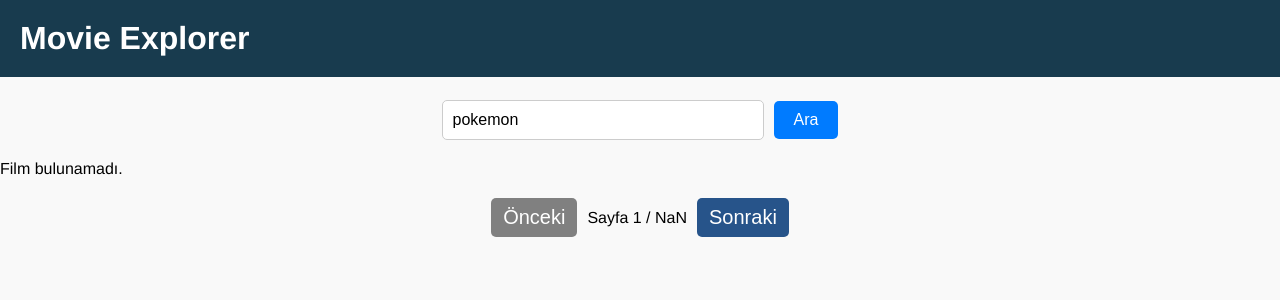
Repository: denizdizi/movie-explorer
Page: /
An editor plug-in stored every save of this project. The page is shown before and after the next save, followed by the edit.
The browser window is 1280 px wide. The pictures show the whole page.
The page's requests for data from a server got no answer. The project was rebuilt for these pictures with package versions that can differ from the ones it lists, and the page was loaded fresh each time. No one was signed in, and anything a server would have sent is missing. Also part of the build but not shown: src/App.css, src/components/MovieCard.js.

Above is the page before, as saved 2025-03-28 22:04:08.

### src/index.js
import React from 'react';
import ReactDOM from 'react-dom/client';
import './index.css';
import App from './App';
import reportWebVitals from './reportWebVitals';
import { Provider } from 'react-redux';
import store from "./store/store";

const root = ReactDOM.createRoot(document.getElementById('root'));
root.render(
  <Provider store={store}>
    <App />
  </Provider>
);

// If you want to start measuring performance in your app, pass a function
// to log results (for example: reportWebVitals(console.log))
// or send to an analytics endpoint. Learn more: https://bit.ly/CRA-vitals
reportWebVitals();

### src/App.js
import './App.css';
import React from "react";
import { BrowserRouter as Router, Routes, Route } from "react-router-dom";
import Home from "./pages/Home";
import "./styles/global.scss";

function App() {
  return (
    <Router>
      <Routes>
        <Route path="/" element={<Home />} />
        {/* <Route path="/movie/:id" element={<MovieDetails />} /> */}
      </Routes>
    </Router>
  );
}

export default App;

### src/store/store.js
import { createStore, applyMiddleware, combineReducers } from "redux";
import { thunk } from "redux-thunk";
import movieReducer from "./reducers";

const rootReducer = combineReducers({
  movies: movieReducer,
});

const store = createStore(rootReducer, applyMiddleware(thunk));

export default store;

### src/pages/Home.js
import React, { useEffect, useState } from "react";
import { useDispatch, useSelector } from "react-redux";
import { fetchMovies } from "../store/actions";
import { setPage } from "../store/actions";
import MovieList from "../components/MovieList";
import SearchBar from "../components/SearchBar";
import Pagination from "../components/Pagination";
import { TailSpin } from 'react-loader-spinner';

const Home = () => {
  const dispatch = useDispatch();
  const { movies } = useSelector((state) => state);

  useEffect(() => {
    console.log("Current page changed:", movies.currentPage);
    dispatch(fetchMovies("pokemon", movies.currentPage));
  }, [dispatch, movies.currentPage]);

  const handlePageChange = (newPage) => {
    dispatch(setPage(newPage));
  };

  return (
    <div>
      <h1 className="page-title">Movie Explorer</h1>
      <SearchBar/>
      {movies.loading && (
        <div className="loading-overlay">
          {/* TailSpin spinner'ını burada gösteriyoruz */}
          <TailSpin
            height="100"
            width="100"
            color="#00BFFF"
            ariaLabel='loading'
          />
        </div>
      )}
      {movies.error && <p>Hata: {movies.error}</p>}
      <MovieList movies={movies} />
      <Pagination
        currentPage={movies.currentPage}
        totalResults={movies.totalResults}
        onPageChange={handlePageChange}
      />
    </div>
  );
};

export default Home;

### src/styles/global.scss
body {
    padding-top: 80px;
    font-family: 'Franklin Gothic Medium', 'Arial Narrow', Arial, sans-serif;
    background-color: #f9f9f9;
}

.movie-list {
    justify-content: center;
}

.movie-line {
  display: flex;
  align-items: center;
  margin-bottom: 2em;
  background-color: #f9f9f9;
  gap: 2em;
  justify-content: center;
}

.movie-card {
  width: 200px; /* Kartın genişliği */
  height: 300px; /* Kartın yüksekliği */
  border-radius: 10px; /* Köşeleri yuvarlat */
  box-shadow: 0 4px 8px rgba(0, 0, 0, 0.2); /* Gölgelendirme */
  overflow: hidden; /* İçerik taşmasını engelle */
  background-color: #fff; /* Arka plan beyaz */
  display: flex;
  flex-direction: column; /* İçeriği dikey yerleştir */
  align-items: center;
  justify-content: flex-start; /* Başlık ve içerikler üst kısımda yer alsın */
  padding: 10px;
  border: 1px solid #ddd; /* Çerçeve */
}

.img-container {
  width: 100%; /* Konteynerin genişliği */
  height: 60%; /* Resmin yüksekliği */
  overflow: hidden;
  padding: 0; /* Paddingi sıfırlayın */
  display: flex;
  justify-content: center;
  align-items: center; /* Resmin ortalanması için */
  border-radius: 5px;
}

.img-container img {
  width: 100%;
  height: 100%;
  object-fit: cover; /* Resmi konteynere tam sığdır */
  object-position: center;
}

.movie-card h3 {
  margin-top: 10px;
  font-size: 16px;
  text-align: center;
}

@media (max-width: 700px) {
  .movie-line {
    flex-direction: column;
  }

  .img-container {
    height: 60%; /* Küçük ekranlarda img-container yüksekliğini azaltın */
  }
}

.search-bar {
    display: flex;
    align-items: center;
    justify-content: center;
    margin: 20px 0;
  }

  .input-wrapper {
    display: flex;
    position: relative;
  }

  .search-input {
    padding: 10px;
    font-size: 1rem;
    border-radius: 5px;
    border: 1px solid #ccc;
    width: 300px;
    transition: all 0.3s ease;
  }

  .search-input:focus {
    border-color: #007bff;
    outline: none;
  }

  .clear-btn {
    position: absolute;
    top: 50%;
    right: 10px;
    transform: translateY(-50%);
    background: none;
    border: none;
    font-size: 18px;
    color: #ccc;
    cursor: pointer;
    transition: color 0.3s;
  }

  .search-btn {
    padding: 10px 20px;
    background-color: #007bff;
    color: white;
    border: none;
    border-radius: 5px;
    cursor: pointer;
    margin-left: 10px;
    font-size: 1rem;
  }

  .search-btn:hover {
    background-color: #0056b3;
  }

  .page-title {
    background-color: #183B4E; /* Başlık arkaplan rengini koyu gri yapıyoruz */
    color: #fff; /* Yazı rengini beyaz yapıyoruz */
    padding: 20px; /* Arka planın etrafına biraz boşluk ekliyoruz */
    font-size: 2em; /* Başlık boyutunu büyütüyoruz */
    position: fixed; /* Başlık sabitlenecek */
    top: 0; /* Başlık üstte olacak */
    left: 0; /* Başlık solda olacak */
    width: 100%; /* Başlık tam genişlikte olacak */
    z-index: 1000; /* Başlık, diğer içeriklerin üstünde yer alacak */
    margin-top: 0;
  }

  .loading-overlay {
    position: fixed;
    top: 0;
    left: 0;
    width: 100%;
    height: 100%;
    background-color: rgba(0, 0, 0, 0.5); /* Yarı saydam siyah arka plan */
    display: flex;
    justify-content: center;
    align-items: center;
    z-index: 9999; /* Diğer içeriklerin üstünde olmalı */
  }

  .pagination {
    display: flex;
    justify-content: center;
    align-items: center;
    gap: 10px;
    margin: 20px 0;

    button {
      padding: 8px 12px;
      font-size: 20px;
      cursor: pointer;
      border: none;
      background: #27548A;
      color: white;
      border-radius: 5px;

      &:disabled {
        background: gray;
        cursor: not-allowed;
      }
    }
  }

### src/store/reducers.js
import { SET_PAGE, FETCH_MOVIES_REQUEST, FETCH_MOVIES_SUCCESS, FETCH_MOVIES_FAILURE } from "./actions";

const initialState = {
  movies: [],
  totalResults: "0",
  currentPage: 1,
  loading: false,
  error: null,
};

const movieReducer = (state = initialState, action) => {
  switch (action.type) {
    case SET_PAGE:
      return {
        ...state,
        currentPage: action.payload,
      };
    case FETCH_MOVIES_REQUEST:
      return { ...state, loading: true };
    case FETCH_MOVIES_SUCCESS:
      return { ...state, loading: false, movies: action.payload.movies, totalResults: action.payload.totalResults };
    case FETCH_MOVIES_FAILURE:
      return { ...state, loading: false, error: action.payload };
    default:
      return state;
  }
};

export default movieReducer;

### src/store/actions.js
import { searchMovies } from "../utils/api";

export const FETCH_MOVIES_REQUEST = "FETCH_MOVIES_REQUEST";
export const FETCH_MOVIES_SUCCESS = "FETCH_MOVIES_SUCCESS";
export const FETCH_MOVIES_FAILURE = "FETCH_MOVIES_FAILURE";

export const fetchMovies = (query = "pokemon", page = 1) => async (dispatch) => {
  dispatch({ type: FETCH_MOVIES_REQUEST });

  try {
    const data = await searchMovies(query, page);
    dispatch({ type: FETCH_MOVIES_SUCCESS, payload: {movies: data.Search, totalResults: data.totalResults} });
  } catch (error) {
    dispatch({ type: FETCH_MOVIES_FAILURE, payload: error.message });
  }
};

export const SET_PAGE = "SET_PAGE";

export const setPage = (page) => ({
  type: SET_PAGE,
  payload: page,
});

### src/components/MovieList.js
import React from "react";
import MovieCard from "./MovieCard";

const MovieList = ({ movies }) => {
  if (!movies || !movies.movies || movies.movies.length === 0) {
    return <p>Film bulunamadı.</p>;
  }

  return (
    <div className="movie-list">
      <div className="row movie-line">
        {movies.movies.slice(0, 5).map((movie) => (
          <MovieCard key={movie.imdbID} movie={movie} />
        ))}
      </div>
      <div className="row movie-line">
        {movies.movies.slice(5, 10).map((movie) => (
          <MovieCard key={movie.imdbID} movie={movie} />
        ))}
      </div>
    </div>
  );
};

export default MovieList;

### src/components/SearchBar.js
import React, { useState } from "react";
import { useDispatch } from "react-redux";
import { fetchMovies } from "../store/actions";

const SearchBar = () => {
  const [query, setQuery] = useState("pokemon");
  const dispatch = useDispatch();

  const handleSearch = (e) => {
    e.preventDefault();
    if (query.trim() !== "") {
      dispatch(fetchMovies(query, 1));
    }
  };

  return (
    <form onSubmit={handleSearch} className="search-bar">
      <div className="input-wrapper">
        <input
          type="text"
          placeholder="Film ara..."
          value={query}
          onChange={(e) => setQuery(e.target.value)}
          className="search-input"
        />
      </div>
      <button type="submit" className="search-btn">
        Ara
      </button>
    </form>
  );
};

export default SearchBar;

### src/components/Pagination.js
import React from "react";

const Pagination = ({currentPage, totalResults, onPageChange}) => {
  const totalPages = Math.ceil(totalResults / 10);

  const handleNext = () => {
    if (currentPage < totalPages) {
      onPageChange(currentPage + 1);
    }
  };

  const handlePrev = () => {
    if (currentPage > 1) {
      onPageChange(currentPage - 1);
    }
  };

  return (
    <div className="pagination">
      <button onClick={handlePrev} disabled={currentPage === 1}>
        Önceki
      </button>
      <span>Sayfa {currentPage} / {totalPages}</span>
      <button onClick={handleNext} disabled={currentPage === totalPages}>
        Sonraki
      </button>
    </div>
  );
};

export default Pagination;

### src/utils/api.js
import axios from "axios";

const API_KEY = "df54e6ed";
const BASE_URL = "https://www.omdbapi.com/";

export const searchMovies = async (text = "pokemon", page = 1) => {
  try {
    const response = await axios.get(BASE_URL, {
      params: {
        apikey: API_KEY,
        s: text,
        page: page,
      },
    });
    return response.data;
  } catch (error) {
    console.error("Film arama hatası:", error);
    return [];
  }
};

export const getMovieDetails = async (movieID) => {
  try {
    const response = await axios.get(BASE_URL, {
      params: {
        apikey: API_KEY,
        i: movieID,
      },
    });
    return response.data;
  } catch (error) {
    console.error("Film detaylarını getirme hatası:", error);
    return null;
  }
};

Loaded but not shown: public/index.html (common file); src/index.css (common file); src/reportWebVitals.js (common file); src/styles/movie.scss (no stored copy; drawn as an empty file)

After the next save:
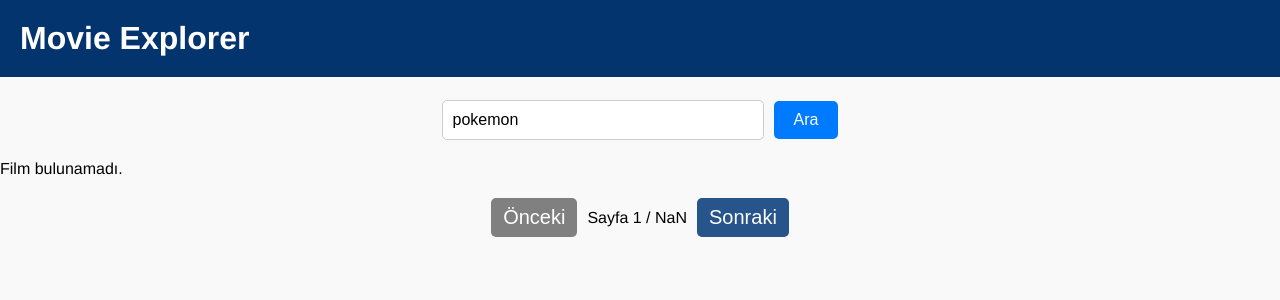
Saved 2 min 22 s later.
--- a/src/styles/global.scss
+++ b/src/styles/global.scss
@@ -121,7 +121,7 @@ body {
   }
 
   .page-title {
-    background-color: #183B4E; /* Başlık arkaplan rengini koyu gri yapıyoruz */
+    background-color: #03346E; /* Başlık arkaplan rengini koyu gri yapıyoruz */
     color: #fff; /* Yazı rengini beyaz yapıyoruz */
     padding: 20px; /* Arka planın etrafına biraz boşluk ekliyoruz */
     font-size: 2em; /* Başlık boyutunu büyütüyoruz */
